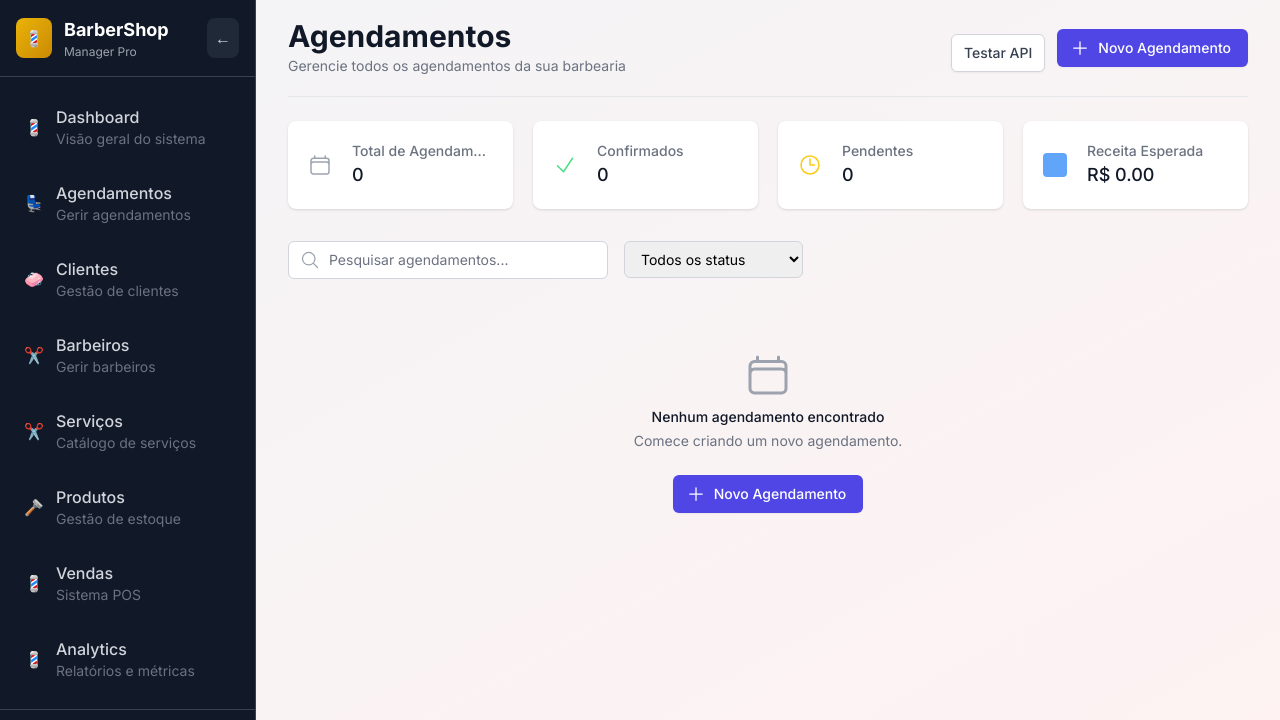
Repository: MichelAlmeida1990/App-Barber-
Page: /admin/appointments (app in frontend/)
The author's editor kept a copy of each file at every save. The page is drawn from the files as they stood at one save, then again after the next save.
The browser window is 1280 px wide. The pictures show the whole page.
The page's requests for data from a server got no answer. The project was rebuilt for these pictures with package versions that can differ from the ones it lists, and the page was loaded fresh each time. The framework's server and built-in components were replaced by stand-ins that run in the browser. No one was signed in, and anything a server would have sent is missing. Also part of the build but not shown: frontend/next.config.js, frontend/next.config.ts.

Above is the page before, as saved 2025-07-20 13:48:20.

After the next save:
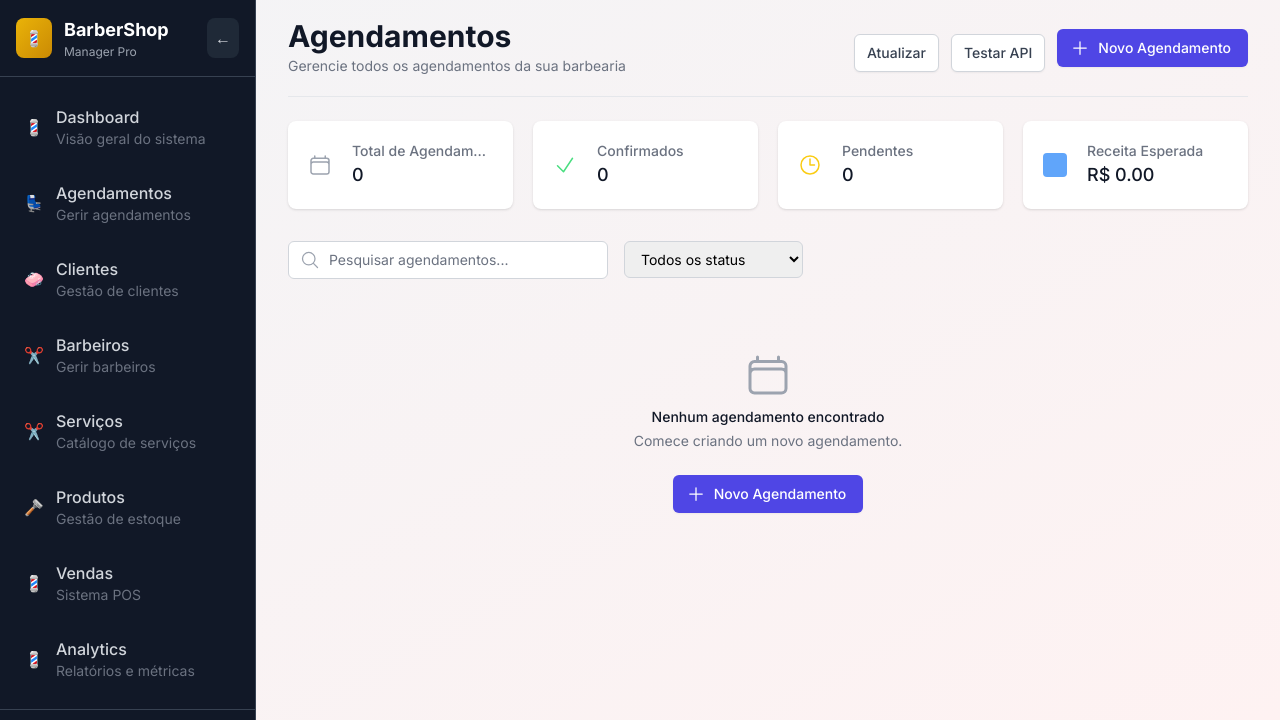
Saved 10 s later.
--- a/frontend/src/app/admin/appointments/page.tsx
+++ b/frontend/src/app/admin/appointments/page.tsx
@@ -342,6 +342,13 @@ export default function AppointmentsPage() {
         </div>
         <div className="mt-3 sm:mt-0 sm:ml-4">
           <button
+            onClick={loadAppointments}
+            disabled={loading}
+            className="inline-flex items-center px-3 py-2 border border-gray-300 rounded-md shadow-sm text-sm font-medium text-gray-700 bg-white hover:bg-gray-50 focus:outline-none focus:ring-2 focus:ring-offset-2 focus:ring-indigo-500 disabled:opacity-50 mr-3"
+          >
+            {loading ? 'Atualizando...' : 'Atualizar'}
+          </button>
+          <button
             onClick={testAPI}
             disabled={loading}
             className="inline-flex items-center px-3 py-2 border border-gray-300 rounded-md shadow-sm text-sm font-medium text-gray-700 bg-white hover:bg-gray-50 focus:outline-none focus:ring-2 focus:ring-offset-2 focus:ring-indigo-500 disabled:opacity-50 mr-3"
